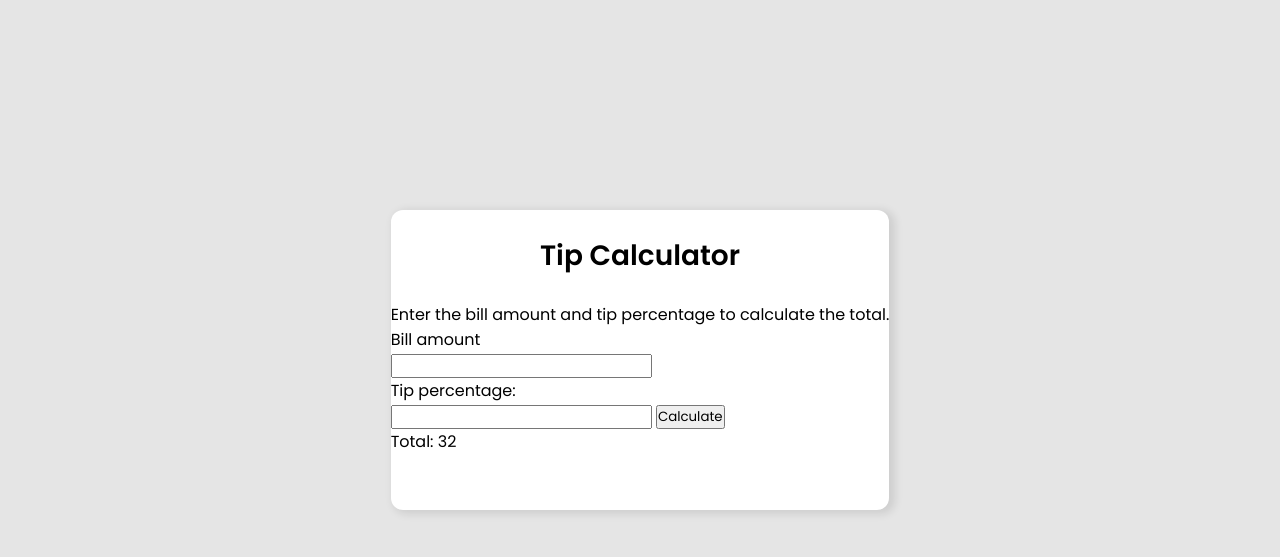
Repository: Ankitkr2021/Tip-Calculator
Page: index.html
The author's editor kept a copy of each file at every save. The page is drawn from the files as they stood at one save, then again after the next save.
The browser window is 1280 px wide. The pictures show the whole page.

Above is the page before, as saved 2025-10-27 10:52:00.

### index.html
<!DOCTYPE html>
<html lang="en">
<head>
    <meta charset="UTF-8">
    <meta name="viewport" content="width=device-width, initial-scale=1.0">
    <title>Tip Calculator</title>
    <link rel="stylesheet" href="./style.css">
</head>
<body>
    <div class="box">
        <h2>Tip Calculator</h2>
        <p>Enter the bill amount and tip percentage to calculate the total.</p>
        <p>Bill amount</p>
        <input type="number">
        <p>Tip percentage:</p>
        <input type="number">
        <button>Calculate</button>
        <p>Total: <span>32</span></p>
    </div>
</body>
</html>

### style.css
@import url('https://fonts.googleapis.com/css2?family=Poppins:wght@300;400;500;600;700&display=swap');

*{
    margin: 0;
    padding: 0;
    box-sizing: border-box;
    font-family: "Poppins",sans-serif;
}

body {
    height: 100vh;
    width: 100%;
    display: flex;
    align-items: center;
    justify-content: center;
    background: rgba(0,0,0,0.1);
}

.box {
    background: #fff;
    height: 300px;
    box-shadow: 4px 2px 8px 2px rgba(0,0,0,0.1);
    border-radius: 12px;
}

h2{
    text-align: center;
    padding: 25px;
    font-size: 28px;
    font-weight: 600;
}

After the next save:
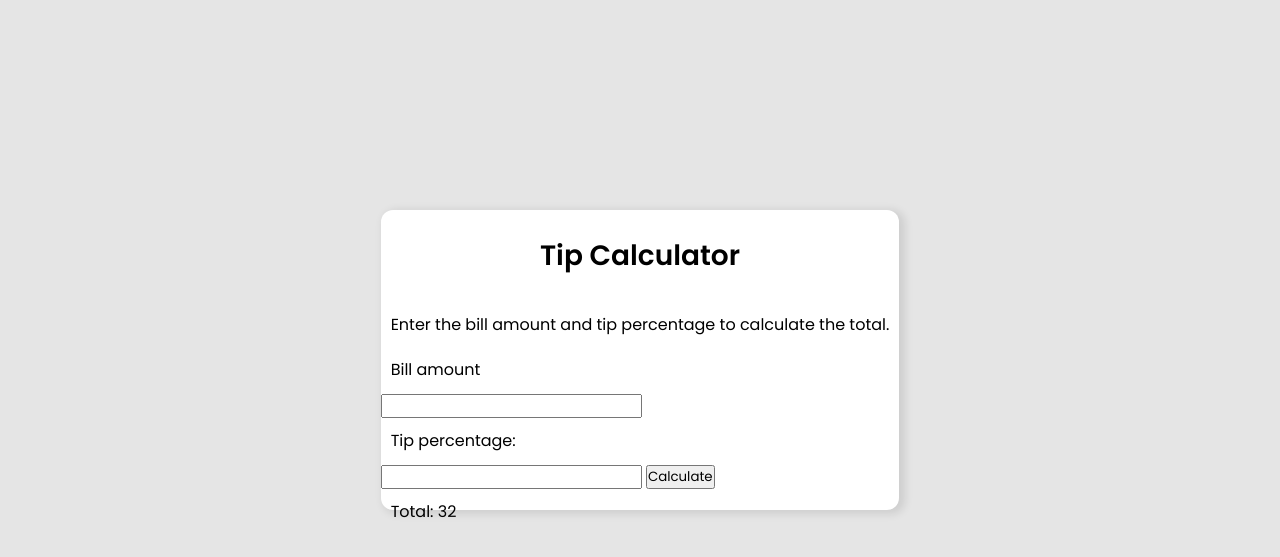
Saved 13 s later.
--- a/style.css
+++ b/style.css
@@ -29,3 +29,7 @@ h2{
     font-size: 28px;
     font-weight: 600;
 }
+
+p{
+    padding: 10px;
+}
